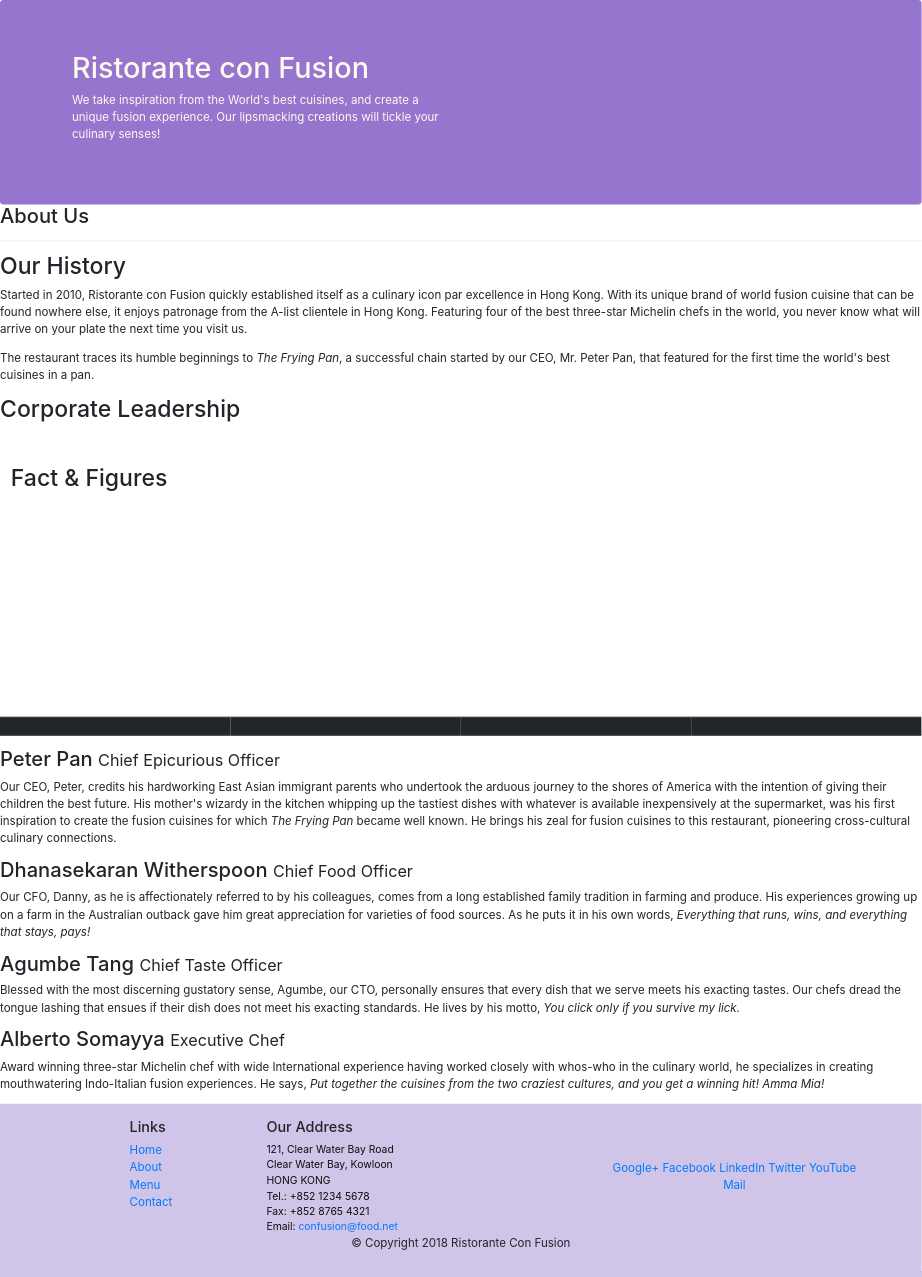
Repository: HwZau/conFusion
Page: aboutus.html
The author's editor kept a copy of each file at every save. The page is drawn from the files as they stood at one save, then again after a run of saves.
The browser window is 1280 px wide. The pictures show the whole page, at 72% of full size.

Above is the page before, as saved 2022-05-19 10:54:55.

After the next 2 saves:
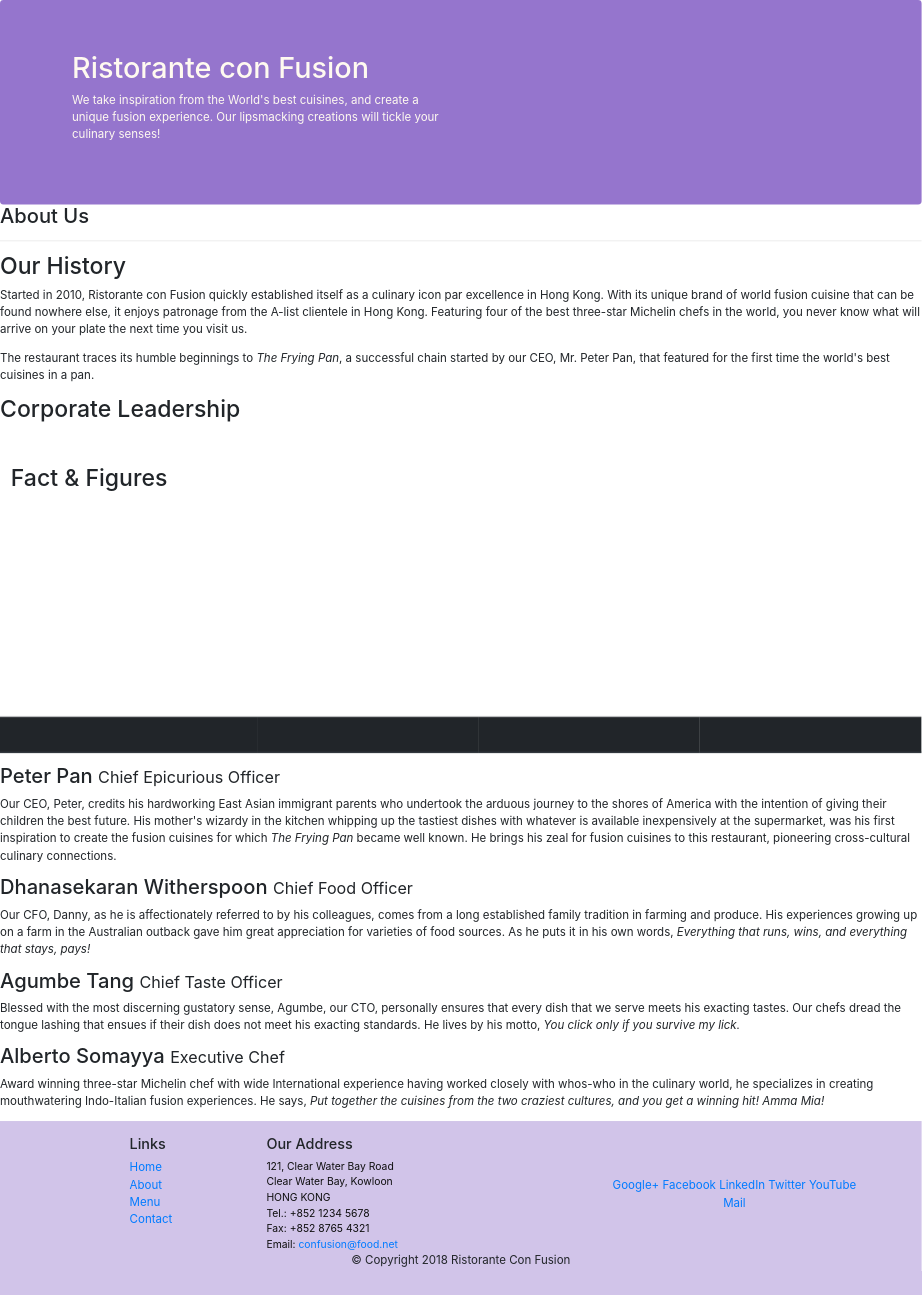
The 2 saves are shown as one change because they came seconds apart.
The last was saved 7 s later.
--- a/aboutus.html
+++ b/aboutus.html
@@ -85,7 +85,7 @@
             <table class="table table-striped">
               <thead class="thead-dark">
                 <tr>
-                  <th></th>
+                  <th>&nbsp;</th>
                   <th></th>
                   <th></th>
                   <th></th>
